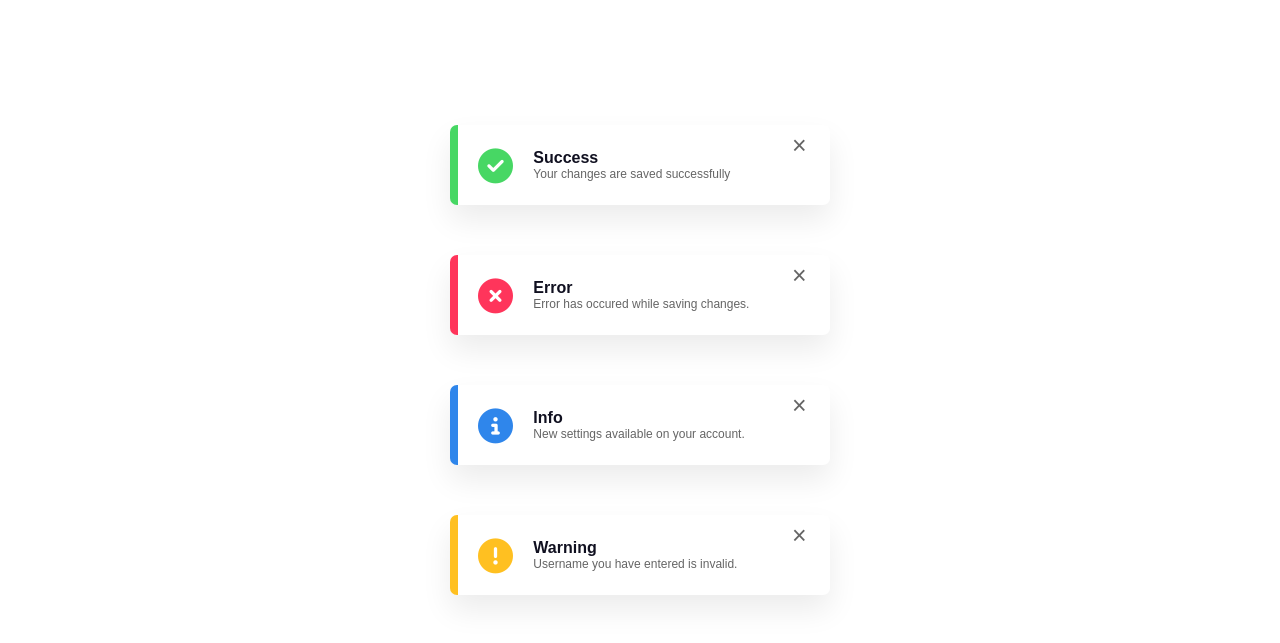
Repository: thuynguyen0964/Toast-Cooler
Page: index.html
These files come from the project's save history. The page is drawn as it stood at one moment and after the next save; the edit follows.
The browser window is 1280 px wide. The pictures show the whole page.

Above is the page before, as saved 2023-01-26 20:10:19.

After the next save:
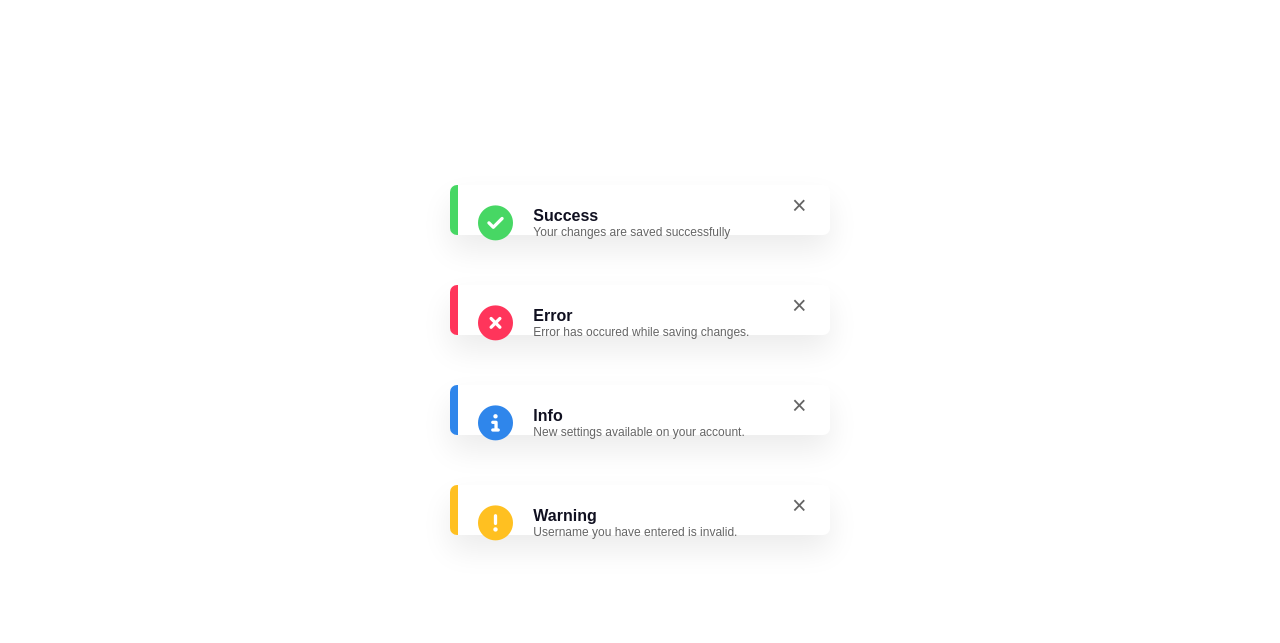
Saved 23 s later.
--- a/app/style.css
+++ b/app/style.css
@@ -19,7 +19,7 @@ body{
 }
 .toast{
     width: 100%;
-    height: 80px;
+    height: 50px;
     padding: 20px;
     background-color: #ffffff;
     border-radius: 7px;
